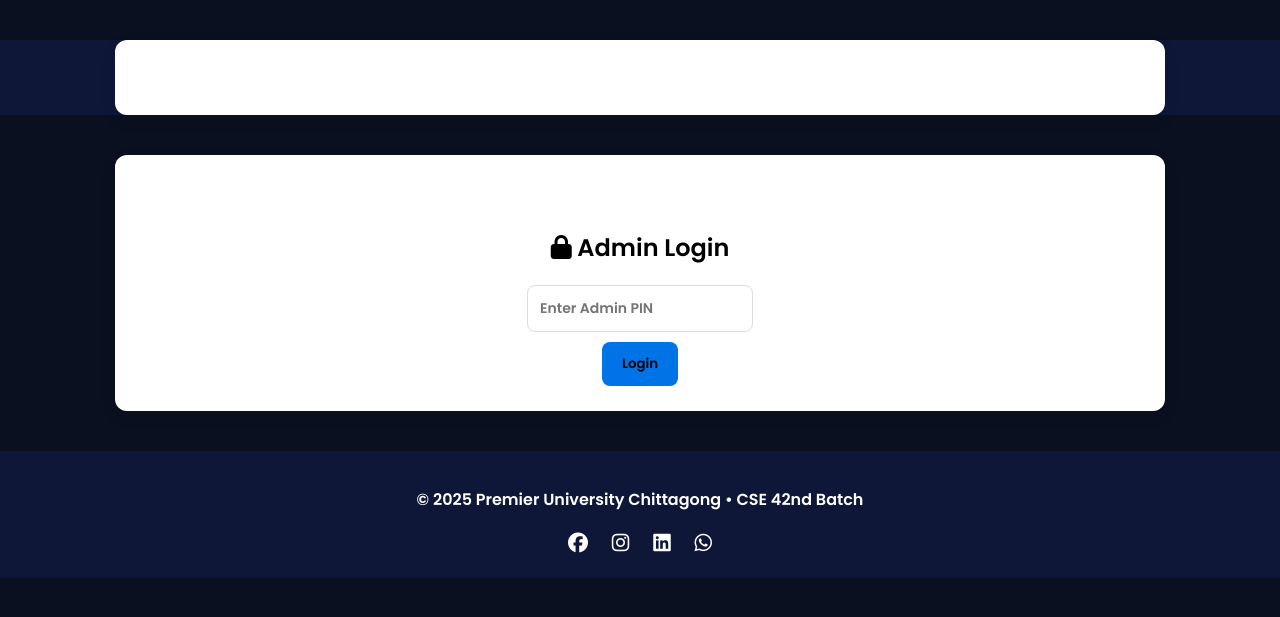
Repository: naimuddin1190/puc-class-management
Page: http://localhost/admin.php
An editor plug-in stored every save of this project. The page is shown before and after the next save, followed by the edit.
The browser window is 1280 px wide. The pictures show the whole page.
The page is run by PHP 8.4 with error messages shown; the project is at /var/www/html/.

Above is the page before, as saved 2025-09-04 00:47:47.

### admin.php
<?php
session_start();
require "config.php";

// Logout
if (isset($_GET['logout'])) {
    session_destroy();
    header("Location: admin.php");
    exit();
}

// Handle login
if ($_SERVER["REQUEST_METHOD"] == "POST" && isset($_POST['pin'])) {
    if ($_POST['pin'] === $ADMIN_PIN) {
        $_SESSION['admin'] = true;
    } else {
        $login_error = "❌ Invalid PIN!";
    }
}

// If logged in → Handle delete
if (isset($_SESSION['admin']) && $_SESSION['admin'] === true) {
    if (isset($_GET['delete'])) {
        $id = intval($_GET['delete']);
        $conn->query("DELETE FROM developer_messages WHERE id=$id");
        header("Location: admin.php");
        exit();
    }
    $result = $conn->query("SELECT * FROM developer_messages ORDER BY created_at DESC");
}
?>
<!DOCTYPE html>
<html lang="en">
<head>
<meta charset="UTF-8">
<meta name="viewport" content="width=device-width, initial-scale=1">
<title>Admin • Developer Messages</title>
<link href="https://fonts.googleapis.com/css2?family=Poppins:wght@300;400;600;700&display=swap" rel="stylesheet">
<link href="https://cdnjs.cloudflare.com/ajax/libs/font-awesome/6.5.0/css/all.min.css" rel="stylesheet">
<link rel="stylesheet" href="style.css">
<style>
  /* Font & Color Fixes */
  body, h1, h2, h3, h4, h5, h6, p, a, li, input, textarea, button {
      font-family: 'Poppins', sans-serif;
      color: #000 !important;
      font-weight: 600 !important;
      opacity: 1 !important;
  }
  .nav .menu a, .nav .brand { color: #fff !important; font-weight:200; }
  .nav .menu a:hover { color:#ffcc00 !important; }
  .footer p, .footer .socials a { color:#fff !important; font-weight:600; }
  input, textarea { color:#000 !important; opacity:1; }

  .container {max-width:1000px; margin:40px auto; background:#fff; padding:25px; border-radius:12px; box-shadow:0 6px 15px rgba(0,0,0,0.1);}
  table {width:100%; border-collapse:collapse; margin-top:20px;}
  th, td {padding:12px; border-bottom:1px solid #ddd; font-size:14px;}
  th {background:#0073e6; color:#fff;}
  tr:hover {background:#f1f1f1;}
  .btn {padding:6px 12px; border:none; border-radius:6px; color:#fff; font-weight:600; cursor:pointer;}
  .btn-delete {background:#e74c3c;}
  .btn-delete:hover {background:#c0392b;}
  .btn-logout {background:#fff; margin-bottom:20px;}
  .btn-logout:hover {background:#333;}
  .login-box {text-align:center; margin-top:50px;}
  .login-box input {padding:12px; font-size:14px; border:1px solid #ddd; border-radius:8px; width:200px;}
  .login-box button {padding:12px 20px; background:#0073e6; color:#fff; border:none; border-radius:8px; cursor:pointer; margin-top:10px;}
  .alert {margin:15px auto; padding:10px; border-radius:8px; width:250px; font-size:14px;}
  .error {background:#f8d7da; color:#721c24;}
</style>
</head>
<body>

<!-- NAVBAR -->
<nav class="nav">
  <div class="nav-inner container">
    <div class="brand"><i class="fa-solid fa-graduation-cap"></i> PUC CSE-D</div>
    <div class="menu">
      <a href="index.html#home">Home</a>
      <a href="index.html#routine">Routine</a>
      <a href="index.html#notice">Notice</a>
      <a href="index.html#contact">Contact</a>
      <a href="resources.php">Resources</a>
      <a href="developer.php">Developer</a>
    </div>
  </div>
</nav>

<div class="container">
<?php if (!isset($_SESSION['admin'])): ?>
  <div class="login-box">
    <h2><i class="fa-solid fa-lock"></i> Admin Login</h2>
    <?php if(isset($login_error)) echo "<div class='alert error'>$login_error</div>"; ?>
    <form method="POST">
      <input type="password" name="pin" placeholder="Enter Admin PIN" required><br>
      <button type="submit">Login</button>
    </form>
  </div>
<?php else: ?>
  <h2><i class="fa-solid fa-inbox"></i> Developer Messages</h2>
  <a href="admin.php?logout=1" class="btn btn-logout"><i class="fa-solid fa-right-from-bracket"></i> Logout</a>
  <?php if ($result->num_rows > 0): ?>
  <table>
    <tr><th>ID</th><th>Name</th><th>Email</th><th>Message</th><th>Date</th><th>Action</th></tr>
    <?php while($row = $result->fetch_assoc()): ?>
    <tr>
      <td><?php echo $row['id']; ?></td>
      <td><?php echo htmlspecialchars($row['name']); ?></td>
      <td><?php echo htmlspecialchars($row['email']); ?></td>
      <td><?php echo nl2br(htmlspecialchars($row['message'])); ?></td>
      <td><?php echo $row['created_at']; ?></td>
      <td>
        <a href="admin.php?delete=<?php echo $row['id']; ?>" class="btn btn-delete" onclick="return confirm('Are you sure?');">
          <i class="fa-solid fa-trash"></i> Delete
        </a>
      </td>
    </tr>
    <?php endwhile; ?>
  </table>
  <?php else: ?>
    <p>No messages found.</p>
  <?php endif; ?>
<?php endif; ?>
</div>

<!-- FOOTER -->
<footer class="footer">
  <p>© 2025 Premier University Chittagong • CSE 42nd Batch</p>
  <div class="socials">
    <a href="https://facebook.com"><i class="fab fa-facebook"></i></a>
    <a href="https://instagram.com"><i class="fab fa-instagram"></i></a>
    <a href="https://linkedin.com"><i class="fab fa-linkedin"></i></a>
    <a href="https://chat.whatsapp.com/your-group-link"><i class="fab fa-whatsapp"></i></a>
  </div>
</footer>

</body>
</html>

### config.php
<?php
// Database connection
$host = "localhost";
$user = "root";
$pass = "";
$dbname = "puc_portal_db";

$conn = new mysqli($host, $user, $pass, $dbname);
if ($conn->connect_error) {
    die("Connection failed: " . $conn->connect_error);
}

// Admin PIN (🔒 তোমার মতো করে সেট করো)
$ADMIN_PIN = "1234";
?>

### style.css
:root {
  --bg: #0b1020;
  --card: #111a3a;
  --primary: #6d5ef6;
  --danger: #ef4444;
  --text: #e5e7eb;
}

body {
  margin: 0;
  font-family: 'Poppins', sans-serif;
  background: var(--bg);
  color: var(--text);
}

.container {
  width: min(1100px, 90%);
  margin: auto;
}

.section {
  padding: 50px 0;
}

/* Navbar */
.nav {
  background: #0e1738;
  position: sticky;
  top: 0;
  z-index: 100;
}
.nav-inner {
  display: flex;
  justify-content: space-between;
  align-items: center;
  padding: 15px 0;
}
.menu a {
  margin-left: 20px;
  text-decoration: none;
  color: var(--text);
}
.menu a:hover {
  color: var(--primary);
}

/* Hero */
.hero {
  display: flex;
  justify-content: space-between;
  align-items: center;
}
.clock-area {
  text-align: center;
}
#digitalClock {
  margin-top: 10px;
  font-size: 20px;
}

/* Routine */
#routineTable table {
  width: 100%;
  border-collapse: collapse;
}
#routineTable th, #routineTable td {
  border: 1px solid #444;
  padding: 8px;
  text-align: center;
}

/* Notices */
#noticeList {
  list-style: none;
  padding: 0;
}
#noticeList li {
  background: var(--card);
  padding: 10px;
  margin-bottom: 8px;
  border-radius: 5px;
  display: flex;
  flex-direction: column;
}
#noticeList small {
  font-size: 12px;
  color: #bbb;
  margin-bottom: 5px;
}
.delete-btn {
  background: transparent;
  border: none;
  color: var(--danger);
  cursor: pointer;
  font-size: 16px;
  align-self: flex-end;
}
.delete-btn:hover {
  color: #ff5555;
}
textarea {
  width: 100%;
  height: 80px;
  margin-top: 10px;
  padding: 8px;
  border-radius: 5px;
  border: none;
}

/* Contact */
.contact-grid {
  display: grid;
  grid-template-columns: repeat(auto-fit,minmax(220px,1fr));
  gap: 20px;
}
.card {
  background: var(--card);
  padding: 20px;
  border-radius: 10px;
}

/* Footer */
.footer {
  text-align: center;
  padding: 20px;
  background: #0e1738;
}
.footer .socials a {
  margin: 0 10px;
  color: var(--text);
  font-size: 20px;
}
.footer .socials a:hover {
  color: var(--primary);
}

/* Buttons & Admin Panel */
.btn {
  background: var(--primary);
  color: white;
  border: none;
  padding: 10px 15px;
  border-radius: 8px;
  cursor: pointer;
}
.btn:hover {
  opacity: 0.9;
}
.admin-panel {
  margin-top: 15px;
}
.admin-panel input, .admin-panel select {
  margin: 5px;
  padding: 8px;
  border-radius: 5px;
  border: none;
}





/* Admin panel (already exists? then keep whichever is nicer) */
.admin-panel {
  background: #0d1533;
  padding: 14px;
  border-radius: 10px;
  margin-top: 18px;
}

/* Bigger Notice box */
#newNotice {
  width: 100%;
  min-height: 110px;
  padding: 10px;
  border-radius: 10px;
  border: 1px solid #444;
  background: var(--card);
  color: var(--text);
  resize: vertical;
}

After the next save:
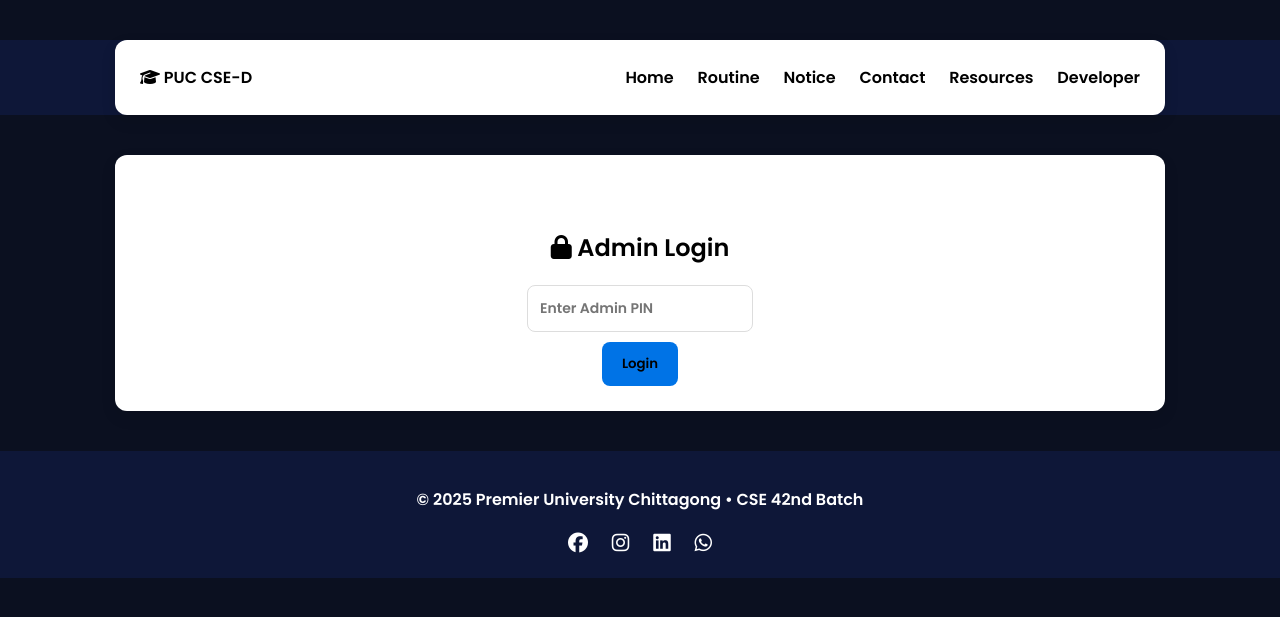
Saved 55 s later.
--- a/admin.php
+++ b/admin.php
@@ -46,7 +46,7 @@ if (isset($_SESSION['admin']) && $_SESSION['admin'] === true) {
       font-weight: 600 !important;
       opacity: 1 !important;
   }
-  .nav .menu a, .nav .brand { color: #fff !important; font-weight:200; }
+
   .nav .menu a:hover { color:#ffcc00 !important; }
   .footer p, .footer .socials a { color:#fff !important; font-weight:600; }
   input, textarea { color:#000 !important; opacity:1; }
